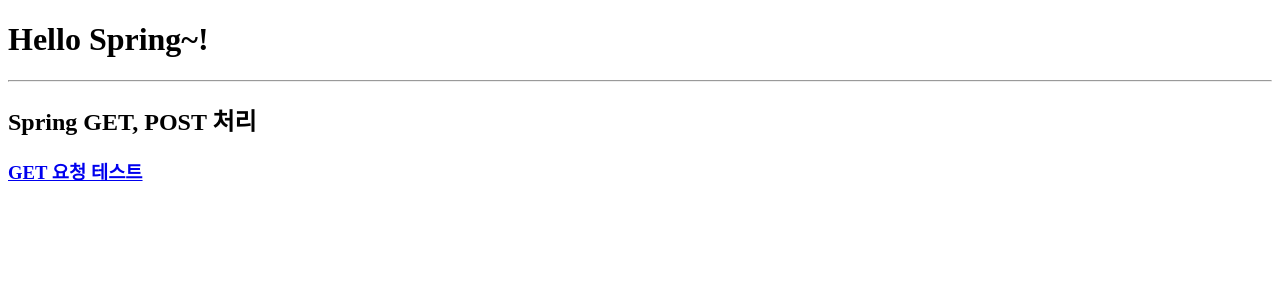
Repository: wona-owo/Spring
Page: http://localhost/00_spring/
These files come from the project's save history. The page is drawn as it stood at one moment and after the next save; the edit follows.
The browser window is 1280 px wide. The pictures show the whole page.
The page is served by Tomcat 9. Other server files are loaded and not shown.

Above is the page before, as saved 2024-12-02 03:21:20.

### 00_spring/src/main/webapp/index.jsp
<%@ page language="java" contentType="text/html; charset=UTF-8"
    pageEncoding="UTF-8"%>
<!DOCTYPE html>
<html>
<head>
<meta charset="UTF-8">
<title>Insert title here</title>
</head>
<body>
	<h1>Hello Spring~!</h1>

	<%--

	Framework : 개발에 필요한 기본적인 기능들을 일정한 구조와 규칙대로 미리 구현해둔 틀
	            개발자가 효율적으로 애플리케이션을 만들 수 있도록 재사용 가능한 코드들과 도구들의 집합.

    Spring Framework : Java 기반의 엔터프라이즈급(기업용 or 대규모) 애플리케이션을 개발하기 위한 경량 프레임워크

    Maven : 자바용 프로젝트 빌드 관리 도구.
            기존 라이브러리 파일들을 다운로드 받아서 /WRB-INF/lib 추가하는 방식에서,
            pom.xml (Project Object Model) 파일에 자바 버전이나 라이브러리 버전 정보를 추가해서 통합하여 관리하는 방식.

    Ioc와 DI

    - Ioc (Inversion of Control) : 제어의 역전 or 제어의 역행이라는 의미.
    							   Spring framework에서 객체들을 Bean이라고 얘기한다.
    							   프로그램 구동에 필요한 객체들을 IoC 컨테이너가 관리한다.
    - DI : 의존성 주입이라는 의미를 가짐. IoC 컨테이너가 관리하는 Bean을 자동으로 읽어와 객체에 주입

	Spring MVC
	  - DispatcherServlet : 유일한 서블랫 클래스로써, 클라이언트 요청이 들어오면 컨트롤러에 해당 요청을 위임하는 역할
	  - HandlerMapping : 각 컨트롤러 메소드별 URL 정보를 가지고 있다가, DispatcherServlet이 적절한 컨트롤러에 요청할 수 있도록 지원함.
	  - Controller : 클라이언트 요청에 대해 처리하고, 적절한 View나 Model을 반환하는 역할.
	  - ViewResolver : 컨트롤러가 반환하는 논리적인 뷰 이름을 실제 뷰 페이지 경로로 변환하는 역할.
	 --%>

	 <hr>

	 <h2>Spring GET, POST 처리</h2>

	 <h3><a href="/getTest.kh">GET 요청 테스트</a></h3>
	 <%--*.kh로 세팅해놨기 때문에, kh를 붙인다. (컨트롤러로 요청) --%>

</body>
</html>

After the next save:
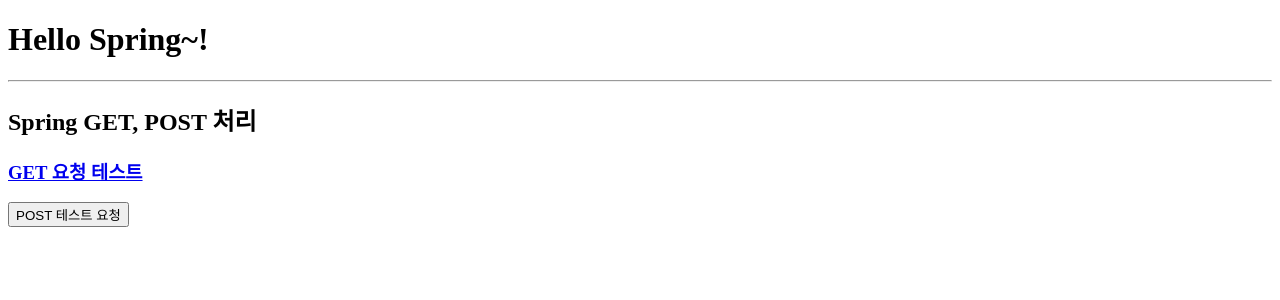
Saved 5 min 15 s later.
--- a/00_spring/src/main/webapp/index.jsp
+++ b/00_spring/src/main/webapp/index.jsp
@@ -39,6 +39,9 @@
 	 <h2>Spring GET, POST 처리</h2>
 
 	 <h3><a href="/getTest.kh">GET 요청 테스트</a></h3>
+	 <form action="/postTest.kh" method="post">
+	 	<input type="submit" value="POST 테스트 요청">
+	 </form>
 	 <%--*.kh로 세팅해놨기 때문에, kh를 붙인다. (컨트롤러로 요청) --%>
 
 </body>
